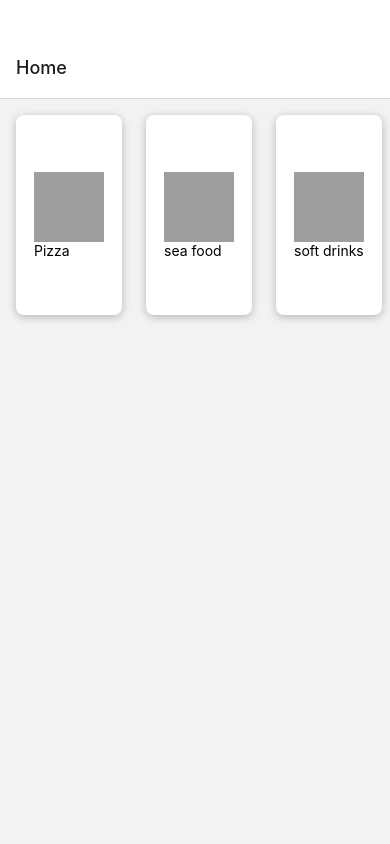
Repository: Esraa22M/ReactNative
Screen: /
The author's editor kept a copy of each file at every save. The screen is drawn from the files as they stood at one save, then again after the next save.
Pictures or frames that could not be fetched are drawn as grey boxes. The app was drawn by React Native's web renderer in a window 390 px wide. The project was rebuilt for these pictures with package versions that can differ from the ones it lists, and the page was loaded fresh each time. Also part of the build but not shown: src/components/header/header.component.js, src/colors/front-screen-colors/user-auth-colors.js, src/components/header/header.styles.js, src/components/textInput/textInput.styles.js, src/components/textInput/textInput.components.jsx, src/components/singup-form-body/singup-form-body.components.js, src/screens/front-screen/Singup/singup-screen.screens.jsx, src/authentication/api/login-info.js and 2 more.

Above is the screen before, as saved 2023-09-21 00:48:24.

After the next save:
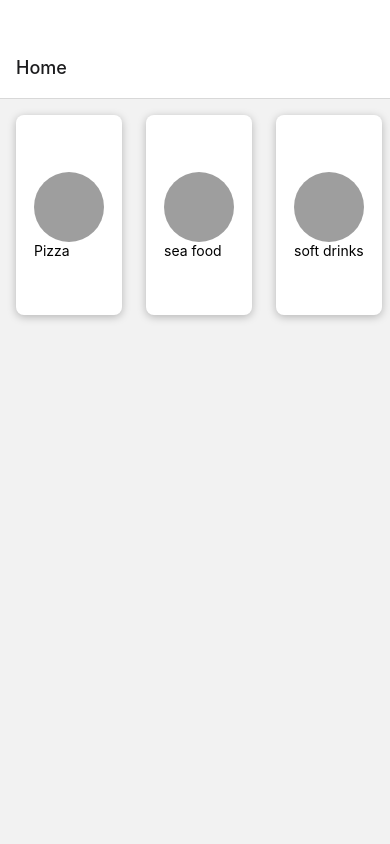
Saved 16 s later.
--- a/src/components/categories/category-item.components.js
+++ b/src/components/categories/category-item.components.js
@@ -30,5 +30,5 @@ const styles = StyleSheet.create({
     alignItems: "center",
     borderRadius: 8,
   },
-  image: { width: 70, height: 70 },
+  image: { width: 70, height: 70, borderRadius: 70 / 2 },
 });
